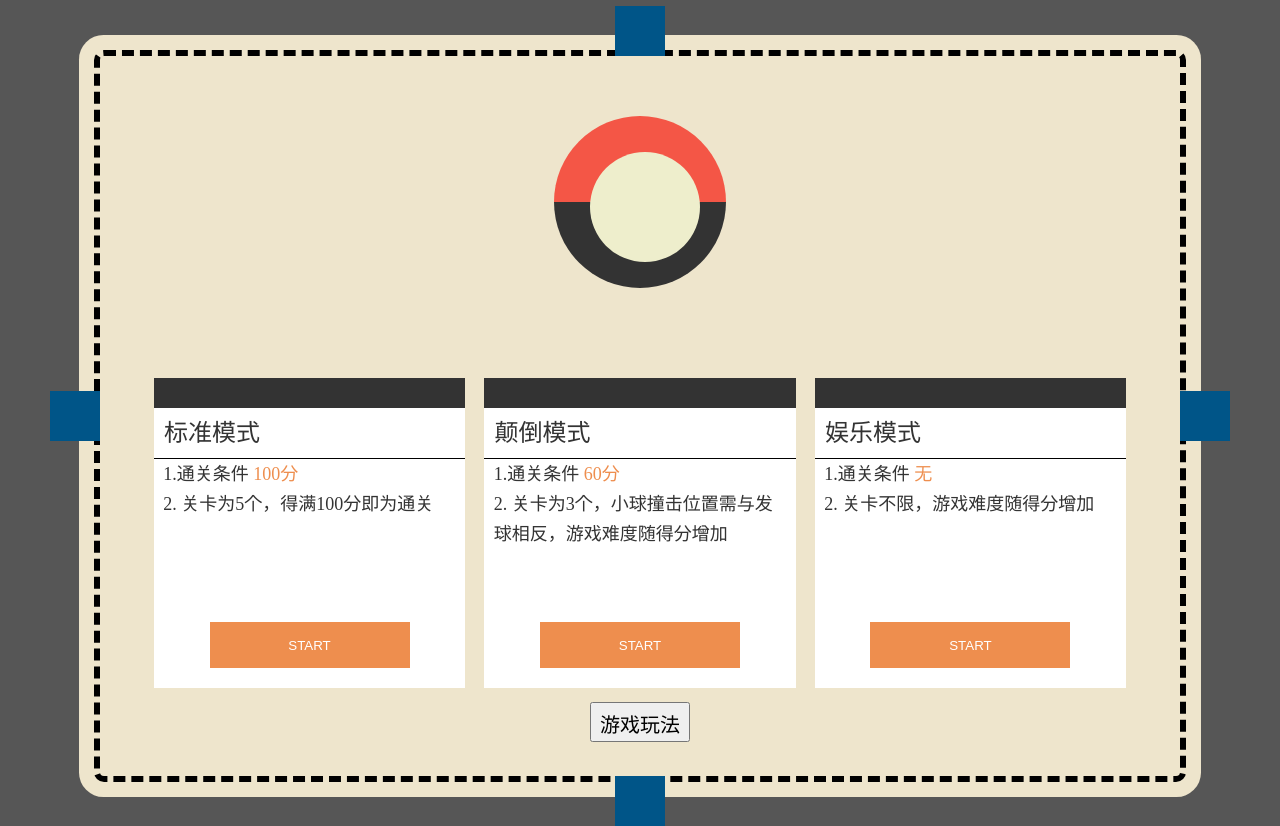
Repository: EEETA/ball-game
Page: theBall2/index.html
An editor plug-in stored every save of this project. The page is shown before and after the next save, followed by the edit.
The browser window is 1280 px wide. The pictures show the whole page.

Above is the page before, as saved 2018-08-04 00:26:01.

After the next save:
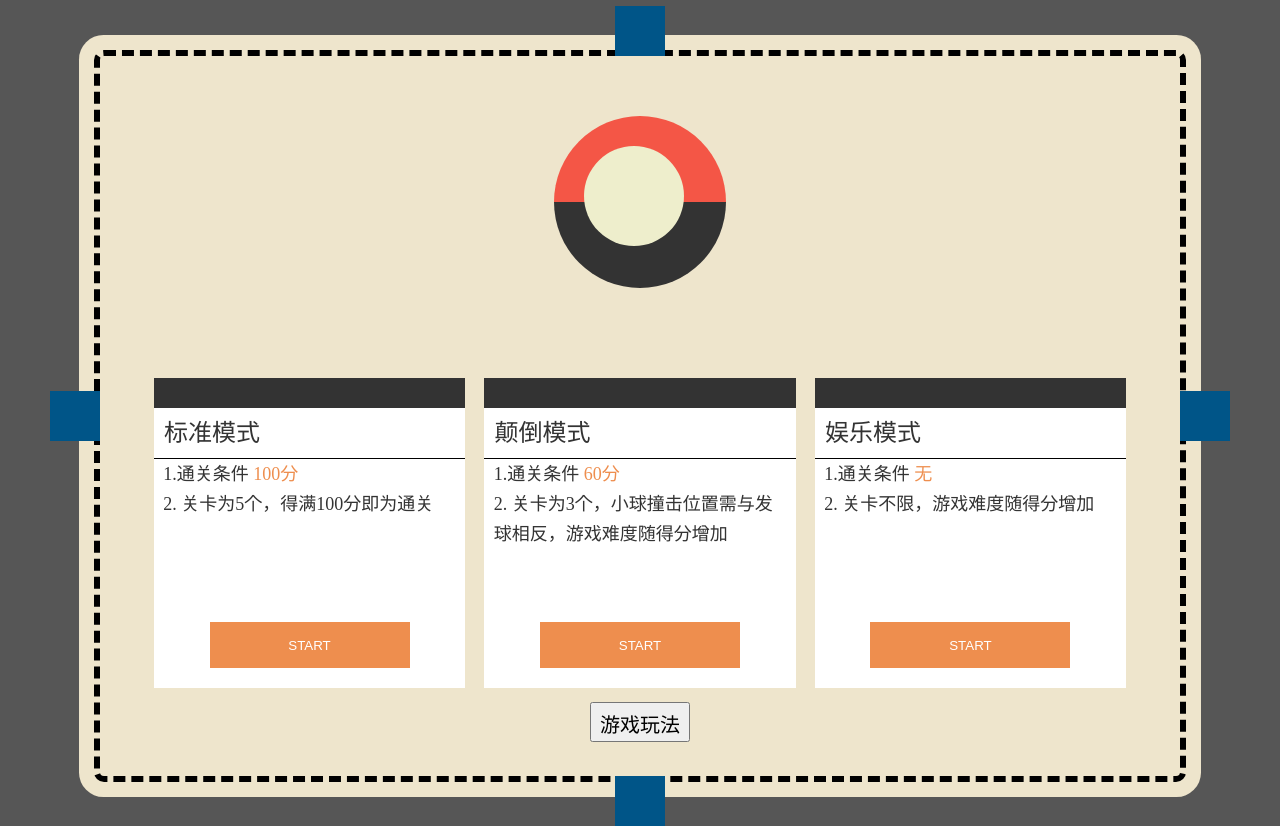
Saved 10 s later.
--- a/theBall2/style/index.css
+++ b/theBall2/style/index.css
@@ -44,10 +44,10 @@ button{outline: none;}
 .blackPart{background: #2aa1a7;top:-100%} */
 .middlePart{
     position: absolute;
-    left: 36px;
-    top: 36px;
-    width: 110px;
-    height:110px;
+    left: 30px;
+    top: 30px;
+    width: 100px;
+    height:100px;
     border-radius: 50%;
     background:#eec;
 }
